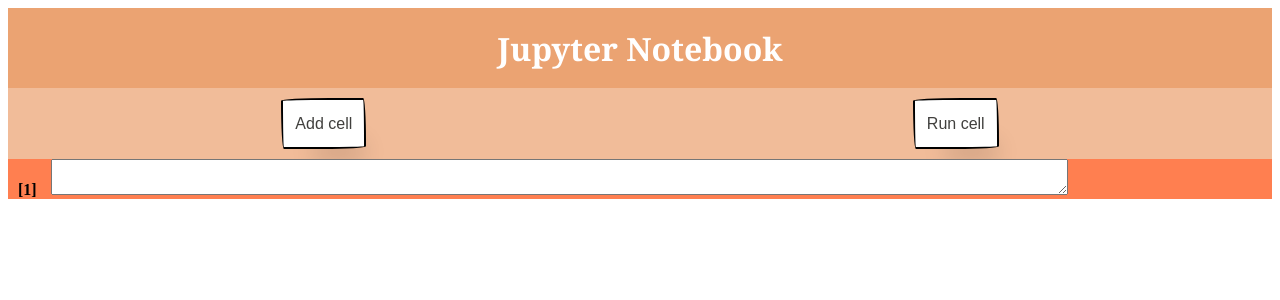
Repository: lingzi-liu/jupyter_notebook_prototype
Page: http://localhost/
An editor plug-in stored every save of this project. The page is shown before and after the next save, followed by the edit.
The browser window is 1280 px wide. The pictures show the whole page.
The page is served by the project's application, run on Flask 3 (app.py).

Above is the page before, as saved 2022-11-13 03:23:25.

After the next save:
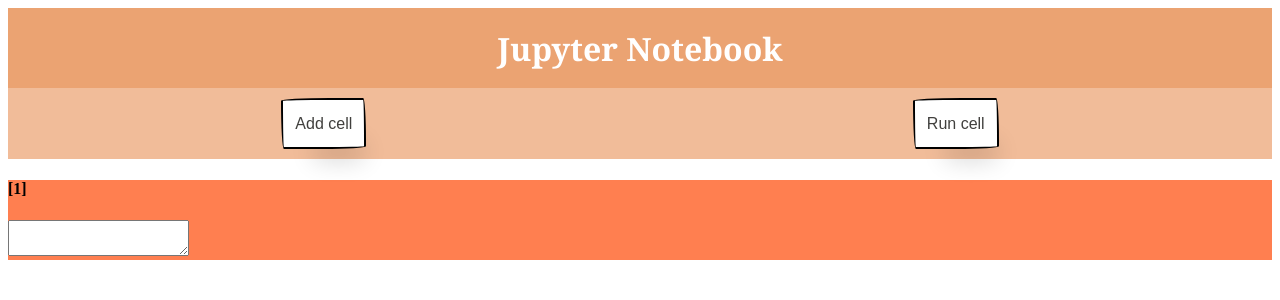
Saved 22 s later.
--- a/static/styles/style.css
+++ b/static/styles/style.css
@@ -68,21 +68,21 @@
   flex-flow: row wrap;
 }
 
-.cell:hover {
+#cell-list cell:hover {
   background-color: rgba(57, 35, 20, 0.516);
 }
 
-.cell h4 {
+#cell-list cell h4 {
   display: inline-block;
   margin: 0;
   padding: 0 10px;
 }
 
-.cell textarea {
+#cell-list cell textarea {
   width: 80%;
 }
 
-.cell p {
+#cell-list cell p {
   width: 100%;
   margin-left: 40px;
 }
